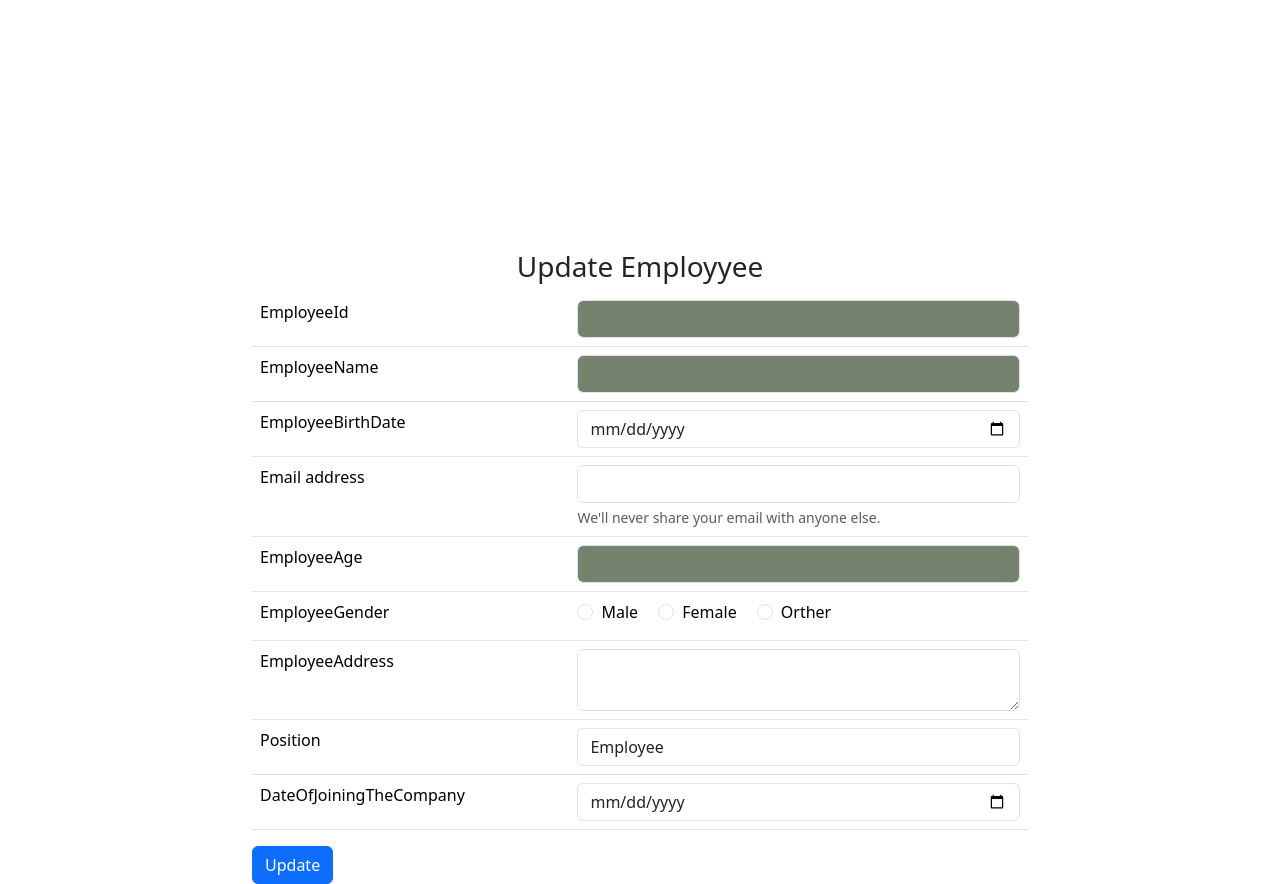
Repository: tranhuuan1703/BaiTapServlet
Page: http://localhost/bai_tap_jsp_servlet/views/Edit.jsp
These files come from the project's save history. The page is drawn as it stood at one moment and after the next save; the edit follows.
The browser window is 1280 px wide. The pictures show the whole page.
Some web libraries are served in a nearby version. The page is served by Tomcat 9. Other server files are loaded and not shown.

Above is the page before, as saved 2024-08-11 13:44:45.

### bai_tap_jsp_servlet/bai_tap_jsp_servlet/src/main/webapp/views/Edit.jsp
<%@ page language="java" contentType="text/html; charset=UTF-8"
   pageEncoding="UTF-8"%>
<!DOCTYPE html>
<html>
   <head>
      <meta charset="UTF-8">
      <title>Insert title here</title>
      <link href="https://cdn.jsdelivr.net/npm/bootstrap@5.3.3/dist/css/bootstrap.min.css"
         rel="stylesheet"
         integrity="sha384-QWTKZyjpPEjISv5WaRU9OFeRpok6YctnYmDr5pNlyT2bRjXh0JMhjY6hW+ALEwIH"
         crossorigin="anonymous">
      <script src="https://cdn.jsdelivr.net/npm/bootstrap@5.3.3/dist/js/bootstrap.bundle.min.js"
         integrity="sha384-YvpcrYf0tY3lHB60NNkmXc5s9fDVZLESaAA55NDzOxhy9GkcIdslK1eN7N6jIeHz"
         crossorigin="anonymous"></script>
      <script src="https://cdnjs.cloudflare.com/ajax/libs/moment.js/2.24.0/moment.min.js"></script>
		<script src="https://code.jquery.com/jquery-3.4.1.min.js"></script>
   </head>
   <body>
      <div class="container" style="margin-top:250px; width:800px">
      <center><h3>Update Employyee</h3></center>
         <form id="updateForm" action="updateEmployeeController" method="get">
            <table class="table">
              <tr>
	               <td><label for="nameEmployee" class="form-label">EmployeeId</label></td>
	                  <td>
	                     <input type="text" class="form-control" id="custId" aria-describedby="emailHelp" value="${employeeInfo.employeeId}" name="Id" readonly style="text-align: center; background-color: #75826e;">
	                  </td>
	               </tr>

              </tr>
               <tr>
                  <td><label for="nameEmployee" class="form-label">EmployeeName</label></td>
                  <td>
                     <input type="text" class="form-control" id="nameEmployee" aria-describedby="emailHelp" value="${employeeInfo.employeeName}" name="nameEmployee" style="text-align: center; background-color: #75826e;" readonly>
                  </td>
               </tr>
               <tr>
                  <td><label for="birthDayEmployee" class="form-label">EmployeeBirthDate</label></td>
                  <td>
                     <input type="date" class="form-control" id="birthDayEmployee" name="birthDayEmployee" value="${employeeInfo.employeBirthDay}">
                  </td>
               </tr>
               <tr>
                  <td><label for="emailEmployee" class="form-label">Email address</label></td>
                  <td>
                     <input type="email" class="form-control" id="emailEmployee" aria-describedby="emailHelp" name="emailEmployee" value="${employeeInfo.emailEmployee}" style="text-align: center;">
                     <div id="emailHelp" class="form-text">We'll never share your email with anyone else.</div>
                  </td>
               </tr>
               <tr>
                  <td><label for="ageEmployee" class="form-label">EmployeeAge</label></td>
                  <td>
                     <input type="number" class="form-control" id="ageEmployee" aria-describedby="emailHelp" name="ageEmployee" value="${employeeInfo.employeeAge}" style="text-align: center; background-color: #75826e;">
                  </td>
               </tr>
               <tr>
                  <td><label for="inlineRadio1" class="form-label">EmployeeGender</label></td>
                  <td>
                     <div class="form-check form-check-inline">
                        <input class="form-check-input" type="radio" name="inlineRadioOptions" id="inlineRadio1" value="male" ${employeeInfo.employeeGender == 'male' ? 'checked' : ''} style="text-align: center;">
                        <label class="form-check-label" for="inlineRadio1">Male</label>
                     </div>
                     <div class="form-check form-check-inline">
                        <input class="form-check-input" type="radio" name="inlineRadioOptions" id="inlineRadio2" value="female" ${employeeInfo.employeeGender == 'female' ? 'checked' : ''} >
                        <label class="form-check-label" for="inlineRadio2">Female</label>
                     </div>
                     <div class="form-check form-check-inline">
                        <input class="form-check-input" type="radio" name="inlineRadioOptions" id="inlineRadio3" value="orther" ${employeeInfo.employeeGender == 'orther' ? 'checked' : ''}>
                        <label class="form-check-label" for="inlineRadio3">Orther</label>
                     </div>
                  </td>
               </tr>
               <tr>
                  <td><label for="addressEmployee" class="form-label">EmployeeAddress</label></td>
                  <td>
                     <textarea  class="form-control" id="addressEmployee" aria-describedby="emailHelp" name="addressEmployee">${employeeInfo.employeeAddress}</textarea>
                  </td>
               </tr>
               <tr>
                  <td><label for="exampleInputEmail1" class="form-label">Position</label></td>
                  <td>
                     <select class="form-control" id="selection" name="position">
                        <option value="employee" ${employeeInfo.position == 'employee' ? 'selected' : ''}>Employee</option>
                        <option value="boss" ${employeeInfo.position == 'boss' ? 'selected' : ''}>Boss</option>
                     </select>
                  </td>
               </tr>
               <tr>
                  <td><label for="dateJoiningBirthday" class="form-label">DateOfJoiningTheCompany</label></td>
                  <td>
                     <input type="date" class="form-control" id="dateJoiningCompany" name="dateJoiningCompany" value="${employeeInfo.employeeDateOfJoiningTheCompany}">

                  </td>
               </tr>
            </table>
            <button type="submit" class="btn btn-primary">Update</button>
         </form>
      </div>
   </body>
   <script>
 /*  $("#birthDayEmployee, #dateJoiningBirthday").blur(function(){
	    const dateValue = new Date($(this).val());

	    if (isNaN(dateValue)) {
	        return '';
	    }

	    const day = String(dateValue.getDate()).padStart(2, '0');
	    const month = String(dateValue.getMonth() + 1).padStart(2, '0');
	    const year = dateValue.getFullYear();

	    var text = day + "/" + month + "/" + year;
	    $(this).attr("type","text");
	    $(this).val(text);
	});*/

 $("#dateJoiningBirthday").blur(function(){
	    const dateValue = new Date($(this).val());

	    if (isNaN(dateValue)) {
	        return '';
	    }

	    const day = String(dateValue.getDate()).padStart(2, '0');
	    const month = String(dateValue.getMonth() + 1).padStart(2, '0');
	    const year = dateValue.getFullYear();

	    var text = day + "/" + month + "/" + year;
	    $(this).attr("type","text");
	    $(this).val(text);
});

/*$("#dateJoiningCompany").blur(function(){
    const dateValue = new Date($(this).val());

    if (isNaN(dateValue)) {
        return '';
    }

    const day = String(dateValue.getDate()).padStart(2, '0');
    const month = String(dateValue.getMonth() + 1).padStart(2, '0');
    const year = dateValue.getFullYear();

    var text = year + "-" + month + "-" + day;
    $(this).attr("type","text");
    $(this).val(text);
});
*/
 $("#birthDayEmployee").blur(function(){

 	var date1 = new Date();

 	var values = $(this).val();
 	var yeard = parseInt(values.substr(0, 4));
 	console.log(yeard);
 	currentYear = date1.getFullYear();

 	age = currentYear - yeard;
 	$("#ageEmployee").val(age);
 });

/* $("#updateForm").submit(function(){

 	$("#ageEmployee").disabled = false;


 })*/




 $("form").on('submit', function(){
	 //$("#ageEmployee").disabled = false;
	  var isConfirmed = confirm("Bạn chắc muốn thay đổi?");

	  if (!isConfirmed){
		  event.preventDefault();
	  }
 })


// Lấy ngày hiện tại
    var today = new Date().toISOString().split('T')[0];
    // Đặt giá trị max của input là ngày hiện tại
    document.getElementById('dateJoiningCompany').setAttribute('max', today);
    // Thiết lập giá trị max là ngày hiện tại
    document.getElementById('dateJoiningCompany').max = new Date().toISOString().split("T")[0];


   </script>
</html>

After the next save:
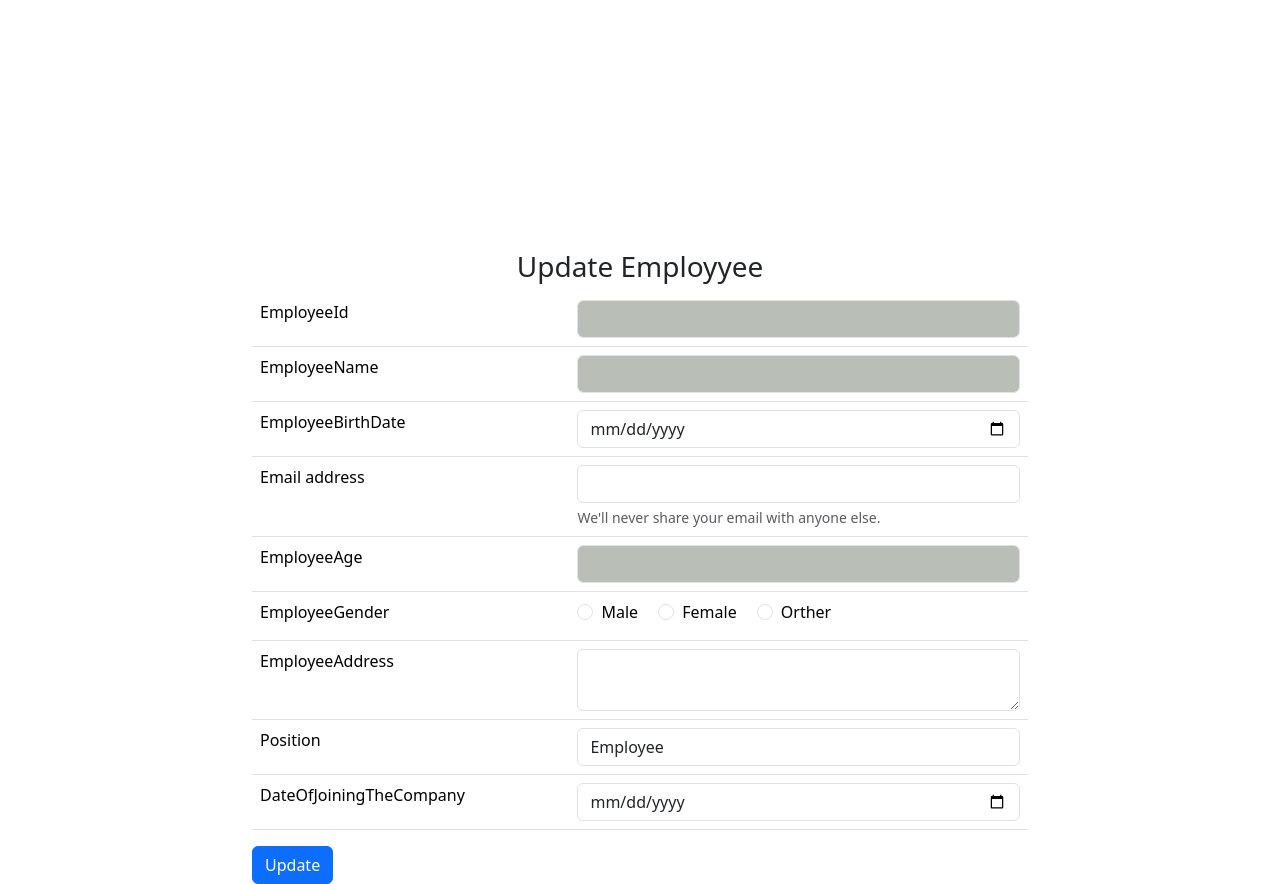
Saved 76 min 29 s later.
--- a/bai_tap_jsp_servlet/bai_tap_jsp_servlet/src/main/webapp/views/Edit.jsp
+++ b/bai_tap_jsp_servlet/bai_tap_jsp_servlet/src/main/webapp/views/Edit.jsp
@@ -23,7 +23,7 @@
               <tr>
 	               <td><label for="nameEmployee" class="form-label">EmployeeId</label></td>
 	                  <td>
-	                     <input type="text" class="form-control" id="custId" aria-describedby="emailHelp" value="${employeeInfo.employeeId}" name="Id" readonly style="text-align: center; background-color: #75826e;">
+	                     <input type="text" class="form-control" id="custId" aria-describedby="emailHelp" value="${employeeInfo.employeeId}" name="Id" readonly style="text-align: center; background-color: #b9beb7;">
 	                  </td>
 	               </tr>
 
@@ -31,7 +31,7 @@
                <tr>
                   <td><label for="nameEmployee" class="form-label">EmployeeName</label></td>
                   <td>
-                     <input type="text" class="form-control" id="nameEmployee" aria-describedby="emailHelp" value="${employeeInfo.employeeName}" name="nameEmployee" style="text-align: center; background-color: #75826e;" readonly>
+                     <input type="text" class="form-control" id="nameEmployee" aria-describedby="emailHelp" value="${employeeInfo.employeeName}" name="nameEmployee" style="text-align: center; background-color: #b9beb7;" readonly>
                   </td>
                </tr>
                <tr>
@@ -50,7 +50,7 @@
                <tr>
                   <td><label for="ageEmployee" class="form-label">EmployeeAge</label></td>
                   <td>
-                     <input type="number" class="form-control" id="ageEmployee" aria-describedby="emailHelp" name="ageEmployee" value="${employeeInfo.employeeAge}" style="text-align: center; background-color: #75826e;">
+                     <input type="number" class="form-control" id="ageEmployee" aria-describedby="emailHelp" name="ageEmployee" value="${employeeInfo.employeeAge}" style="text-align: center; background-color: #b9beb7;">
                   </td>
                </tr>
                <tr>
